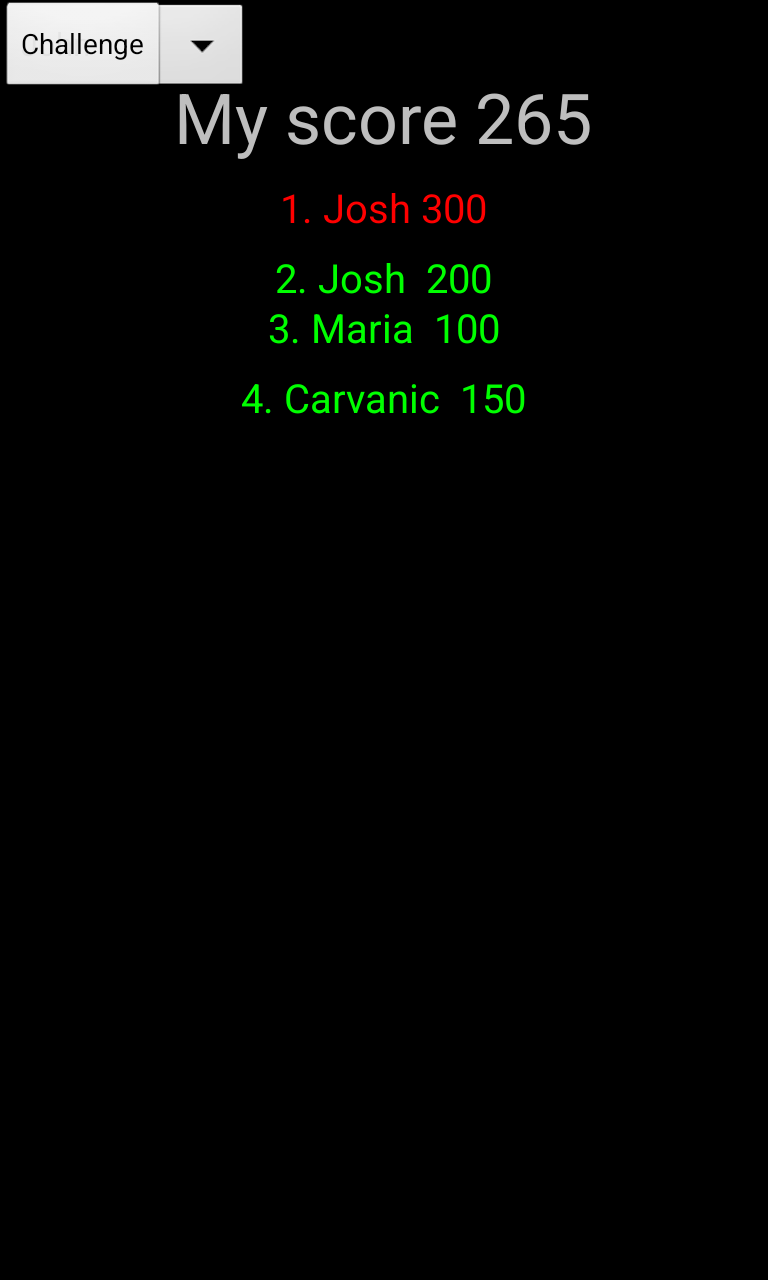
Repository: jSwati98/Android-Projects
Layout: TimeManagementBuddy/res/layout/challengeme.xml
An editor plug-in stored every save of this project. The layout is shown before and after the next save, followed by the edit.
It is drawn on a 768 x 1280 px phone screen (xhdpi) without system bars, with theme android:Theme; the app's code is not run.

Above is the layout before, as saved 2015-01-01 21:41:15.

### TimeManagementBuddy/res/layout/challengeme.xml
<RelativeLayout xmlns:android="http://schemas.android.com/apk/res/android"
    xmlns:tools="http://schemas.android.com/tools"
    android:layout_width="fill_parent"
    android:layout_height="fill_parent"

    tools:context=".MainActivity" >

     <TextView
        android:id="@+id/listGroup"
        android:layout_width="wrap_content"
        android:layout_height="wrap_content"
        android:layout_alignParentTop="true"
        android:layout_centerHorizontal="true"
        android:layout_marginTop="35dp"
        android:text="My score 265"
        android:textSize="35dp" />

    <TextView
        android:id="@+id/text1"
        android:layout_width="wrap_content"
        android:layout_height="wrap_content"
        android:layout_alignParentTop="true"
        android:layout_centerHorizontal="true"
        android:layout_marginTop="90dp"
        android:text="1. Josh 300"
        android:textColor="#ff0000"
        android:textSize="20dp" />



    <TextView
        android:id="@+id/text2"
        android:layout_width="wrap_content"
        android:layout_height="wrap_content"
        android:layout_alignParentTop="true"
        android:layout_centerHorizontal="true"
        android:textColor="#00ff00"
        android:paddingBottom="80dp"
        android:paddingLeft="20dp"
        android:paddingRight="20dp"
        android:paddingTop="125dp"
        android:scrollY="100dp"
        android:text="2. Josh  200"
        android:textSize="20dp"/>

    <TextView
        android:id="@+id/text3"
        android:layout_width="wrap_content"
        android:layout_height="wrap_content"
        android:layout_alignParentTop="true"
        android:layout_centerHorizontal="true"
        android:textColor="#00ff00"
        android:paddingBottom="80dp"
        android:paddingLeft="20dp"
        android:paddingRight="20dp"
        android:paddingTop="150dp"
        android:scrollY="150dp"
        android:text="3. Maria  100"
        android:textSize="20dp"/>

    <TextView
        android:id="@+id/text4"
        android:layout_width="wrap_content"
        android:layout_height="wrap_content"
        android:layout_alignParentTop="true"
        android:layout_centerHorizontal="true"
        android:textColor="#00ff00"
        android:paddingBottom="80dp"
        android:paddingLeft="20dp"
        android:paddingRight="20dp"
        android:paddingTop="185dp"
        android:scrollY="100dp"
        android:text="4. Carvanic  150"
        android:textSize="20dp"/>

    <Spinner
            android:id="@+id/prioritySpinner"

            android:layout_width="wrap_content"
        	android:layout_height="wrap_content"
            android:entries="@array/challenge_arrays"
            android:prompt="@string/challenge_prompt" />

     <Button
            android:id="@+id/confirm"
            android:layout_width="wrap_content"
        	android:layout_height="wrap_content"

            android:text="Challenge" />

</RelativeLayout>

### TimeManagementBuddy/res/values/strings.xml
<?xml version="1.0" encoding="utf-8"?>
<resources>
    <string name="app_name">Task Reminder</string>
    <string name="edit_reminder_title">Task Reminder - Edit</string>
    <string name="no_reminders">No Reminders Yet</string>
    <string name="menu_insert">Add Reminder</string>
    <string name="menu_delete">Delete Reminder</string>
  	<string name="menu_settings">Settings</string>
    <string name="title">Title</string>
    <string name="body">Body</string>
    <string name="confirm">Save</string>
    <string name="edit_reminder">Edit Reminder</string>
    <string name="date">Reminder Date</string>
    <string name="time">Reminder Time</string>

    <!-- Toasts -->
    <string name="task_saved_message">Task has been saved</string>

    <!-- Notification Bar -->
    <string name="notify_new_task_message">A task needs to be reviewed!</string>
    <string name="notify_new_task_title">Task Reminder!</string>

    <!-- Preferences -->
    <string name="pref_category_task_defaults_key">task_default_category</string>
	<string name="pref_category_task_defaults_title">Task Title Default</string>
	<string name="pref_task_title_key">default_reminder_title</string>
	<string name="pref_task_title_dialog_title">Default Reminder Title</string>
	<string name="pref_task_title_message">The default title for a reminder.</string>
	<string name="pref_task_title_summary">Default title for reminders.</string>
	<string name="pref_task_title_title">Default Reminder Title</string>

    <string name="pref_category_datetime_key">date_time_default_category</string>
    <string name="pref_category_datetime_title">Date Time Defaults</string>
    <string name="pref_default_time_from_now_key">time_from_now_default</string>
    <string name="pref_default_time_from_now_dialog_title">Time From Now</string>
    <string name="pref_default_time_from_now_message">The default time from now that a new reminder should be set to.</string>
	<string name="pref_default_time_from_now_summary">Sets the default time for a reminder.</string>
	<string name="pref_default_time_from_now_title">Default Reminder Time</string>
	<string name="priority_prompt">Priority</string>
	<string name="challenge_prompt">Players</string>

	<string name="priority_promptLabel">Reminder Priority</string>

	<string-array name="priority_arrays">
        <item>low</item>
        <item>medium</item>
        <item>high</item>
    </string-array>

	<string-array name="challenge_arrays">
	    <item>John</item>
        <item>Josh</item>
        <item>Maria</item>
        <item>Carvanic</item>
	</string-array>
    <string name="sunday">Sunday</string>
    <string name="monday">Monday</string>
    <string name="tuesday">Tuesday</string>
    <string name="wednesday">Wednesday</string>
    <string name="thursday">Thursday</string>
    <string name="friday">Friday</string>
    <string name="saturday">Saturday</string>
    <string name="january">January</string>
    <string name="february">February</string>
    <string name="march">March</string>
    <string name="april">April</string>
    <string name="may">May</string>
    <string name="june">June</string>
    <string name="july">July</string>
    <string name="august">August</string>
    <string name="september">September</string>
    <string name="october">October</string>
    <string name="november">November</string>
    <string name="december">December</string>
</resources>

After the next save:
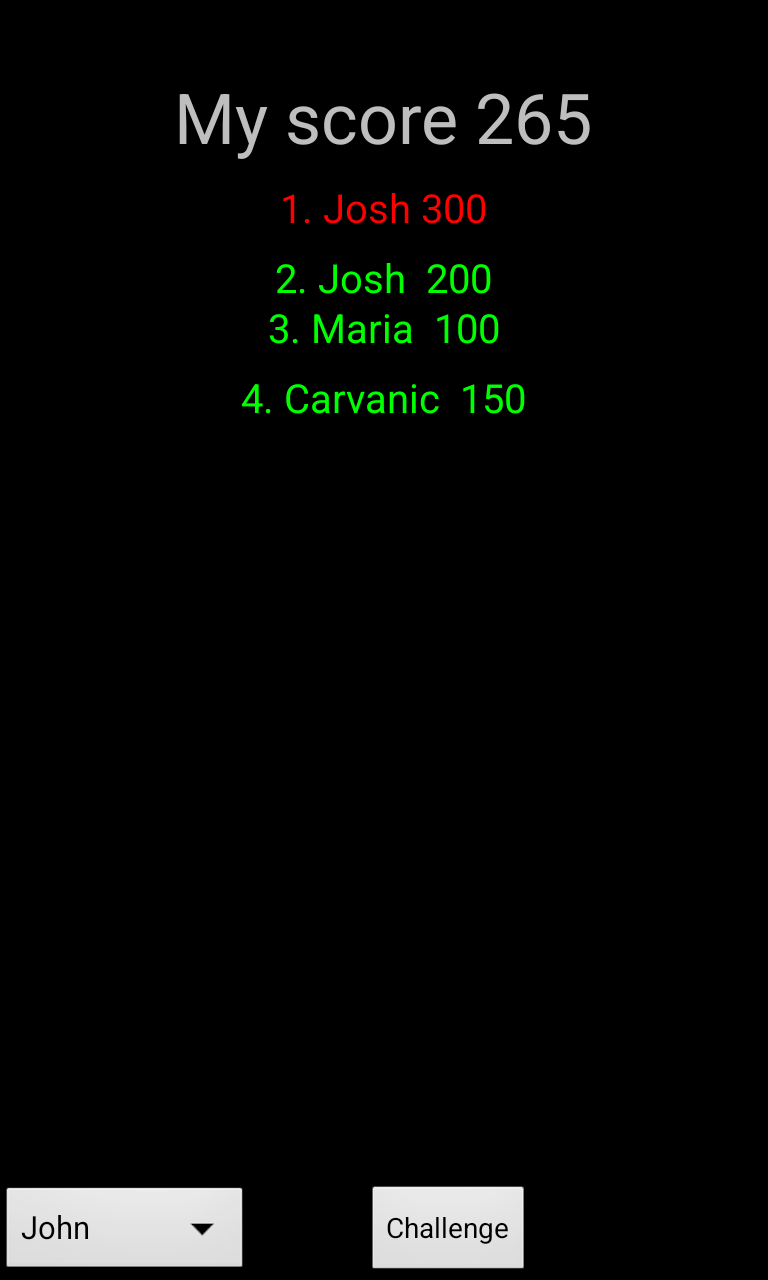
Saved 3 min 23 s later.
--- a/TimeManagementBuddy/res/layout/challengeme.xml
+++ b/TimeManagementBuddy/res/layout/challengeme.xml
@@ -73,19 +73,21 @@
         android:text="4. Carvanic  150"
         android:textSize="20dp"/>
 
-    <Spinner
-            android:id="@+id/prioritySpinner"
+     <Button
+         android:id="@+id/confirm"
+         android:layout_width="wrap_content"
+         android:layout_height="wrap_content"
+         android:layout_alignParentBottom="true"
+         android:layout_alignRight="@+id/text2"
+         android:text="Challenge" />
 
-            android:layout_width="wrap_content"
-        	android:layout_height="wrap_content"
-            android:entries="@array/challenge_arrays"
-            android:prompt="@string/challenge_prompt" />
-
-     <Button
-            android:id="@+id/confirm"
-            android:layout_width="wrap_content"
-        	android:layout_height="wrap_content"
-
-            android:text="Challenge" />
+     <Spinner
+         android:id="@+id/prioritySpinner"
+         android:layout_width="wrap_content"
+         android:layout_height="wrap_content"
+         android:layout_alignParentBottom="true"
+         android:layout_alignParentLeft="true"
+         android:entries="@array/challenge_arrays"
+         android:prompt="@string/challenge_prompt" />
 
 </RelativeLayout>
